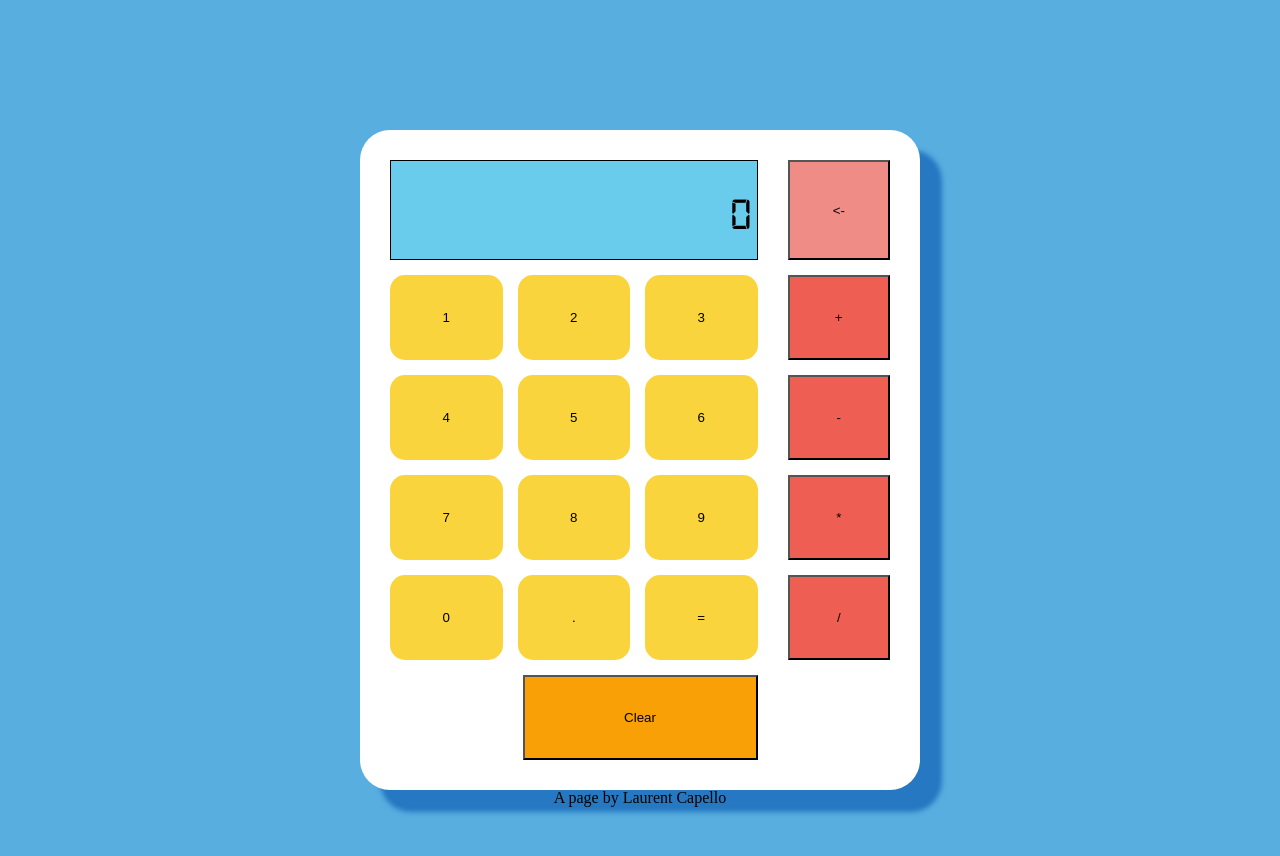
Repository: sokafootball/js-calculator
Page: index.html
The author's editor kept a copy of each file at every save. The page is drawn from the files as they stood at one save, then again after the next save.
The browser window is 1280 px wide. The pictures show the whole page.

Above is the page before, as saved 2020-05-06 20:06:14.

### index.html
<html>
<head>
  <title>Javascript Calculator - By Laurent Capello</title>
  <link rel="stylesheet" type="text/css" href="reset.css">
  <link rel="stylesheet" type="text/css" href="style.css">
  <!--<link rel="stylesheet" type="text/css" href="wireframe.css">-->
  <link href="https://fonts.googleapis.com/css2?family=Barlow:wght@300&display=swap" rel="stylesheet">
</head>
<body>
<main id="main">
  <div id="calculator">
    <p id="display">0</p>
    <button id="backspace" class="button"><-</button>
    <div id="numpad">
      <button class="button num-button">1</button>
      <button class="button num-button">2</button>
      <button class="button num-button">3</button>
      <button class="button num-button">4</button>
      <button class="button num-button">5</button>
      <button class="button num-button">6</button>
      <button class="button num-button">7</button>
      <button class="button num-button">8</button>
      <button class="button num-button">9</button>
      <button class="button num-button">0</button>
      <button id="decimal-button" class="button">.</button>
      <button id="equal-button" class="button">=</button>
    </div>
    <div id="operators">
      <button class="button operation-button">+</button>
      <button class="button operation-button">-</button>
      <button class="button operation-button">*</button>
      <button class="button operation-button">/</button>
    </div>
    <button id="clear-button" class="button">Clear</button>
  </div>
</main>
<footer id="footer">
  <p>A page by <span id="signature">Laurent Capello</span></p>
</footer>
<div id="hidden-element" class="display-full" style="display: none"></div>
<script type="text/javascript" src="script.js"></script>
</body>
</html>

### style.css
@font-face {
  font-family: "calcFont";
  src: url("./fonts/digital-7/digital-7.ttf");
  }

:root {
  --row-gap: 15px;
}

body{
  align-items: center;
  background-color: hsl(202, 68%, 61%);
  display: flex;
  flex-direction: column;
  justify-content: space-between;
}

.display-full{
  animation-name: display-full;
  animation-duration: 0.3s;
}

#numpad button{
  background-color: hsl(48, 95%, 61%);
  border-radius: 15px;
  border-width: 0px;
}

#backspace{
  background-color: hsl(4, 77%, 73%);
  grid-area: backspace;
}

#calculator{
  background-color: white;
  border-radius: 30px;
  box-shadow: 21px 21px 5px 1px hsl(208, 68%, 45%);
  display: grid;
  gap: var(--row-gap) 30px;
  grid-template-areas:
    "display display display backspace"
    "numpad numpad numpad operators"
    "numpad numpad numpad operators"
    "numpad numpad numpad operators"
    "numpad numpad numpad operators"
    ". clear clear .";
  grid-template-columns: repeat(4, 1fr);
  grid-template-rows: 100px repeat(5, 1fr); /*first row is fixed to stop the border animation from taking space from other rows*/
  height: 600px;
  margin-top: 130px;
  padding: 30px;
  width: 500px;
}

#calculator button {
  var(--row-gap);
}

#calc-top{
  margin-bottom: 40px;
}

#clear-button{
  background-color: hsl(38, 95%, 50%);
  grid-area: clear;
}

#display{
  background-color: hsl(195, 78%, 67%);
  border: 1px solid black;
  font-family: 'calcFont', sans-serif;
  font-size: 45px;
  grid-area: display;
  line-height: 95px;
  padding-right: 5px;
  text-align: right;
  vertical-align: middle;
}

#footer{
  margin-bottom: 50px;
}

#numpad{
  display: grid;
  gap: var(--row-gap);
  grid-area: numpad;
  grid-template-columns: repeat(3, 1fr);
  grid-template-rows: repeat(4, 1fr);
}
/*
#operators{
  display: flex;
  flex-direction: column;
  justify-content: space-evenly;
  grid-area: operators;
}
*/

#operators{
  display: grid;
  gap: var(--row-gap);
  grid-template-rows: repeat(4, 1fr);
  grid-area: operators;
}

#operators button{
  background-color: hsl(4, 82%, 63%);
  flex-grow: 1;
}

@keyframes display-full{
  0% {border: 1px solid black;}
  50% {
    border: 2px solid red;
    box-shadow: 0px 0px 6px 1px red;
    line-height: 93px;
    padding-right: 4px;
  }
  100% {border: 1px solid black;}
}

### script.js
/*
CODE BY LAURENT CAPELLO
*/

//#region STARTUP
const MAX_DISPLAY_LENGTH = 14
const MAX_DECIMALS = 3
const EXPONENTIAL_NOTATION_DIGITS = MAX_DISPLAY_LENGTH - 4 //4 digits are reserved for the exponential notation and the dot
let display = document.querySelector(`#display`)
let overwriteIsOn = true
let operation = null, operand1 = null, operand2 = null

addFunctionsToBtns()

function addFunctionsToBtns(){
	let numButtons = document.querySelectorAll(`.num-button`)
	numButtons = Array.from(numButtons)
	numButtons.forEach(button => {
		button.addEventListener(`click`, () => pressNumBtn(button.innerText))
	});

	let opButtons = document.querySelectorAll(`.operation-button`)
	opButtons = Array.from(opButtons)
	opButtons.forEach(button => {
		button.addEventListener(`click`, () => pressOperationBtn(button.innerText))
	});

	let equalButton = document.querySelector(`#equal-button`)
	equalButton.addEventListener(`click`, pressEqualBtn)

	let clearButton = document.querySelector(`#clear-button`)
	clearButton.addEventListener(`click`, pressClearBtn)

	let bckSpaceBtn = document.querySelector(`#backspace`)
	bckSpaceBtn.addEventListener(`click`, pressBackspaceBtn)

	let decimalBtn = document.querySelector(`#decimal-button`)
	decimalBtn.addEventListener(`click`, pressDecimalBtn)

	document.onkeydown = (e) => filterKeyPress(e)
}

function filterKeyPress(e){
	console.log(`key pressed`)
	if (e.which <= 105 && e.which >= 96){
		pressNumBtn(Number(e.key))
	} else if (e.which == 106 || e.which == 107 || e.which == 109 || e.which == 111) {
		pressOperationBtn(e.key)
	} else if (e.which == 13){
		pressEqualBtn()
	} else if (e.which == 110){
		pressDecimalBtn()
	} else if (e.which == 8){
		pressBackspaceBtn()
	}
}
//#endregion

//#region SUPPORT FUNCTIONS
function clear(){
	display.innerText = `0`
	operation = null
	operand1 = null
	operand2 = null
	overwriteIsOn = true
}

function displayNumber(num){
	if(num == 0 && display.innerText == `0`) return
  if(overwriteIsOn){
		if(num == `.`){
			display.innerText += num
		}else{
			display.innerText = num
		}
		overwriteIsOn = false
	}else{
		if(display.innerText.length >= MAX_DISPLAY_LENGTH){
			animateDisplay()
			return
		}
		display.innerText += num
	}
}

function displayResult(){
	operand1 = operate(operation, operand1, operand2)
	operand2 = null
	display.innerText = operand1
}

function saveNumber(){
	if(operation == null)
		operand1 =  Number(display.innerText)
	else operand2 =  Number(display.innerText)
}

function saveOperation(operationSign){
	operation = operationSign
	overwriteIsOn = true
}

function truncateDecimals(num){
	if((num % 1).toString().length > MAX_DECIMALS) return Number(num).toFixed(MAX_DECIMALS)
	return num
}

function truncateIntegers(num){
	if(num.toString().length <= MAX_DISPLAY_LENGTH) return num
	return num.toExponential(EXPONENTIAL_NOTATION_DIGITS)
}
//#endregion

//#region BUTTONS FUNCTIONS
function pressBackspaceBtn(){
	//if display length is 1
	if(display.innerText.length == 1){
		display.innerText = `0`
	}else{
		let displayArray = Array.from(display.innerText)
		displayArray.pop()
		display.innerText = displayArray.join(``)
	}
	saveNumber()
}

function pressDecimalBtn(){
	//add dot to the right of the number on display
	if (display.innerText.includes(`.`)) return
	displayNumber(`.`)
	saveNumber()
}

function pressClearBtn(){
	clear()
}

function pressEqualBtn(){
	if(operand1 != null && operand2 != null){
		displayResult()
		operation = null
		overwriteIsOn = true
		operand2 = null
	}else{
		operation = null
		overwriteIsOn = true
		operand2 = null
		display.innerText = operand1 == null ? `0` : operand1
	}
}

function pressNumBtn(num){
	displayNumber(Number(num))
	saveNumber()
}

function pressOperationBtn(operationSign){
	if (operation == null){
		saveOperation(operationSign)
	}else{
		if(operand1 != null && operand2 != null){
			displayResult()
		}
		saveOperation(operationSign)
	}
}
//#endregion

//#region MATH FUNCTIONS
function operate(operation, a, b){
	let result = null
	switch (operation){
		case `+`:
			operation = add
			break
		case `-`:
			operation = subtract
			break;
		case `*`:
			operation = multiply
			break
		case `/`:
			operation = divide
			break;
		default:
			console.log(`invalid operation`)
			return
	}
	result = Number(operation(a,b))
	result = truncateDecimals(result)
	result = truncateIntegers(result)
  return Number(result)
}

function add (...nums) {
	return nums.reduce((total, num) => {
		return total + num
	}, 0)
}

function subtract (...nums) {
	return nums.reduce((total, num) => {
		return total - num
	})
}

function sum (arr) {
	return add(...arr)
}

function divide (...nums){
	if (nums[1] == 0){
		console.log(`you can't divide by 0!`)
		clear()
		return 0
	}
	return nums.reduce((total, num) => total / num
	)
}

function multiply (...nums) {
	return nums.reduce((total, num) => {
		return total * num
	})
}
//#endregion

//#region DISPLAY ANIMATION FUNCTIONS
function convertDuration(durationString){
	let duration = Number(durationString.replace(`s`, ``))
	return duration * 1000
}

function animateDisplay(){
	let animDurationString = getComputedStyle(document.querySelector(`.display-full`)).animationDuration
	const ANIM_DURATION = convertDuration(animDurationString)
	display.classList.remove(`display-full`)
	display.classList.add(`display-full`)
	setTimeout(() => display.classList.remove(`display-full`), ANIM_DURATION);
}
//#endregion

Loaded but not shown: reset.css (common file)

After the next save:
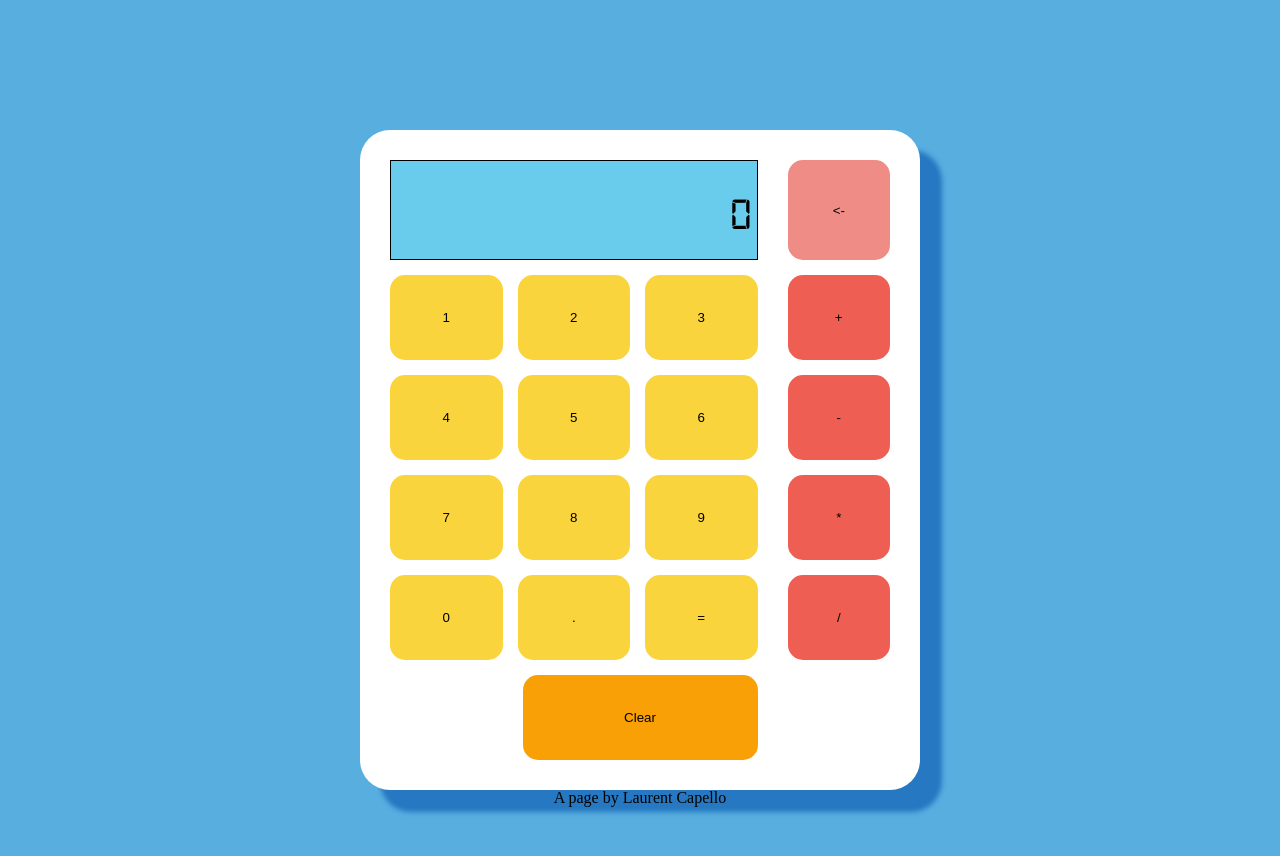
Saved 9 s later.
--- a/style.css
+++ b/style.css
@@ -53,7 +53,8 @@ body{
 }
 
 #calculator button {
-  var(--row-gap);
+  border-radius: 15px;
+  border-width: 0px;
 }
 
 #calc-top{
